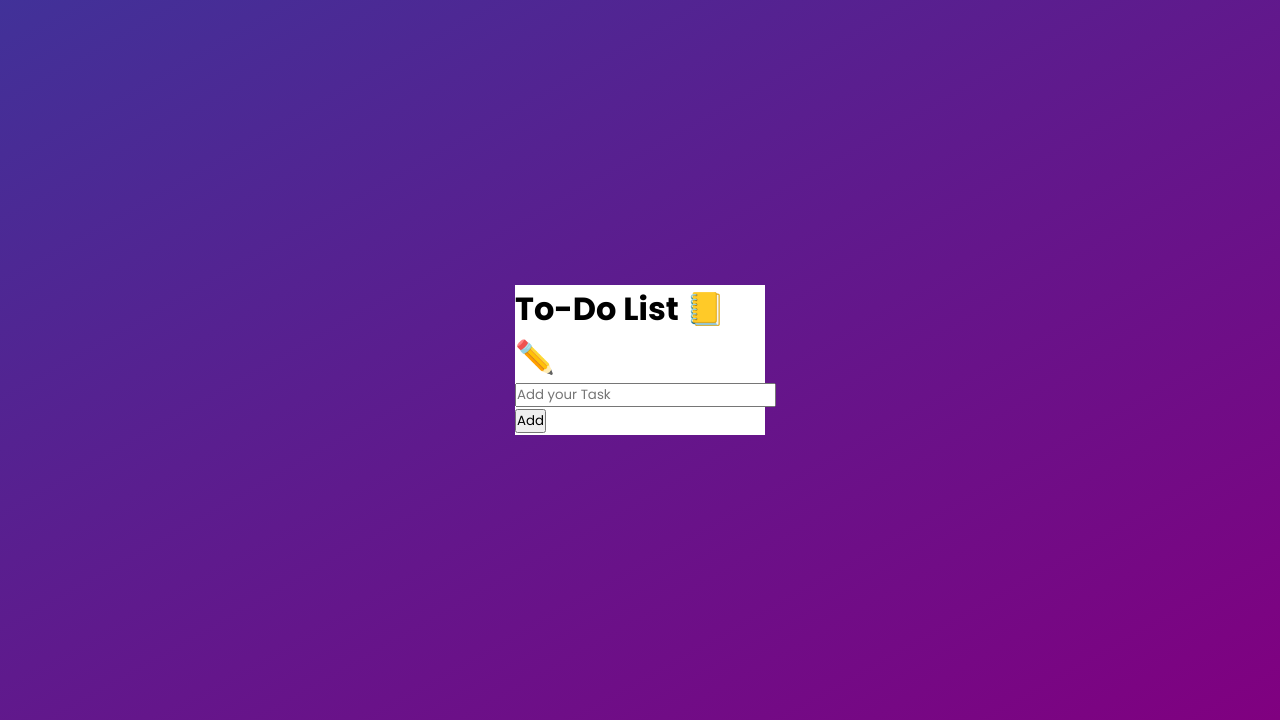
Repository: Ankitkr2021/To-Do-List
Page: index.html
The author's editor kept a copy of each file at every save. The page is drawn from the files as they stood at one save, then again after the next save.
The browser window is 1280 px wide. The pictures show the whole page.

Above is the page before, as saved 2025-10-03 10:02:50.

After the next save:
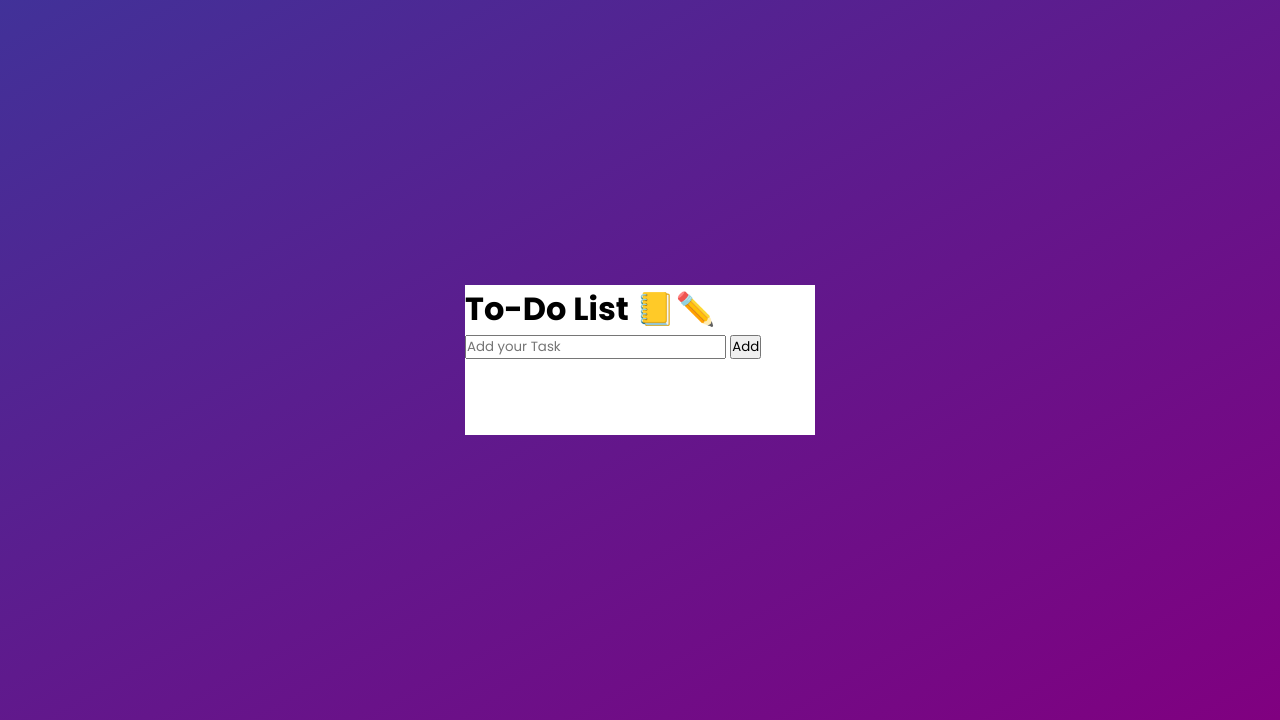
Saved 4 s later.
--- a/style.css
+++ b/style.css
@@ -19,5 +19,5 @@ body{
     background: #fff;
     height: 150px;
     max-height: 300px;
-    width: 250px;
+    width: 350px;
 }
